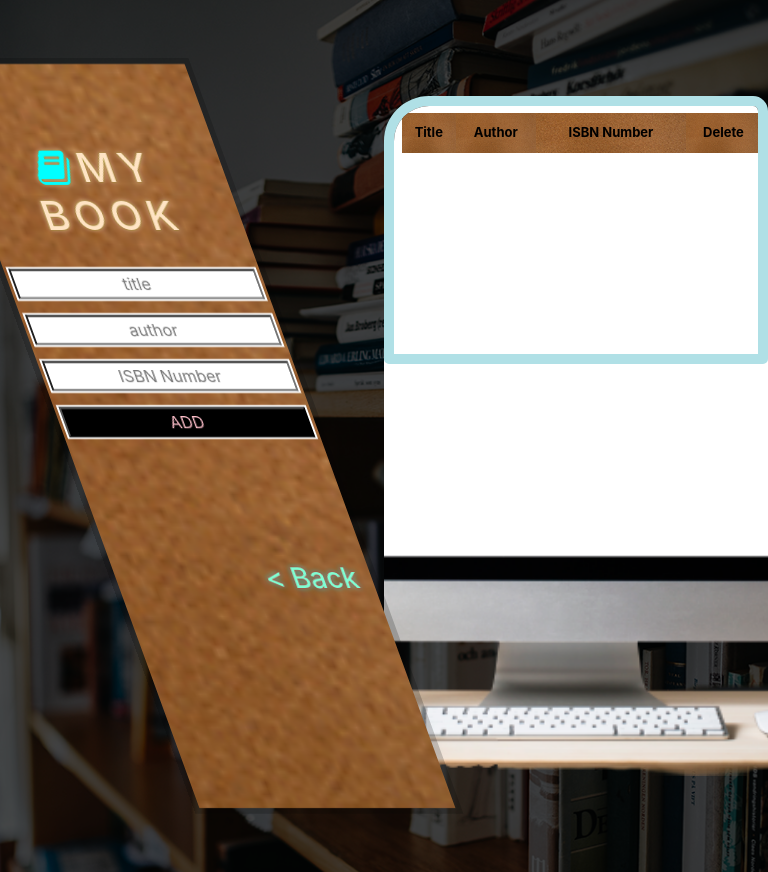
Repository: CSituma/Home-Library-App
Page: libu.html
An editor plug-in stored every save of this project. The page is shown before and after the next save, followed by the edit.
The browser window is 768 px wide. The pictures show the whole page.
Backgrounds fixed to the window are drawn as part of the page. Some web libraries are served in a nearby version.

Above is the page before, as saved 2020-11-10 21:13:06.

### libu.html
<!DOCTYPE html>
<html lang="en">
<head>
    <meta charset="UTF-8">
    <meta name="viewport" content="width=device-width, initial-scale=1.0">
    <meta http-equiv="X-UA-Compatible" content="ie=edge">
    <link rel="stylesheet" href="style.css">
    <link rel="stylesheet" href="https://cdnjs.cloudflare.com/ajax/libs/font-awesome/4.7.0/css/font-awesome.min.css"/>
<link rel="stylesheet" href="https://stackpath.bootstrapcdn.com/bootstrap/4.5.0/css/bootstrap.min.css" integrity="sha384-9aIt2nRpC12Uk9gS9baDl411NQApFmC26EwAOH8WgZl5MYYxFfc+NcPb1dKGj7Sk" crossorigin="anonymous"/>
<link rel="stylesheet" href="https://cdnjs.cloudflare.com/ajax/libs/animate.css/4.0.0/animate.min.css"/>
  <title>BOOK TRACKER</title>
</head>
<body>
    <div class="columns">
        <div class="js">

            <h1><i class="fa fa-book"></i>MY BOOK</h1>
            <form id="form">
                <input type= "text" id= "title"  placeholder="title">
                <input type= "text" id= "author" placeholder="author" >
                <input type= "text" id= "number" placeholder="ISBN Number">
                <input type= "submit"id= "button" value="ADD">
            </form>
        <h3> <a href= "./index.html"> < Back </a></h3>
        </div>
        <div class="storage" >
              <div class="storage_items">
        <table id="table">
            <thead>
                <tr>
                <th id="title">Title</th>
                <th>Author</th>
                <th>ISBN Number</th>
                <th>Delete</th>
                </tr>
                </thead>
                <tbody class="Booklist" id="booklist">
                </tbody>
            </table>
            </div>
        </div>
</div>
    <script src="lib.js"></script>
 </body>
 </html>

### style.css
/*homepage//////////////*/
body,
html {
  max-width: 100%;
  margin: 0;
  padding: 0;
  max-height: 100%;
  background: url("./images/sandra-seitamaa-qkIWnKtGhg4-unsplash.jpg")
    center/cover no-repeat fixed;
}

.container {
  margin: 10em 20em 20em 20em;
  height: 400px;
  width: 40%;
  background-color: rgba(146, 116, 15, 0.445);
  text-align: center;
}

.lol {
  padding-top: 5em;
  font-weight: 800;
  font-style: italic;
}
span {
  color: yellow;
  font-weight: 400;
}
#lolone {
  color: ghostwhite;
}

h3 {
  padding-top: 4em;
  float: right;
  margin-right: 0.5em;
  font-weight: 900;
  font-size: 2rem;
  text-shadow: 0 0 3px #FF0000, 0 0 5px aqua;
}

h3 a {
  text-decoration: none;
 color: aquamarine;

}

h3 a:hover {
  text-decoration: none;
  color: burlywood;
}

#you {
  padding: 1rem;
  color: gold;
}

/*library////////////////*/
.columns {
  display: flex;
  justify-content: space-between;
  max-width: 100%;
  max-height: 100%;
  background: rgba(0, 0, 0, 0.692) fixed;

}
h1{
  letter-spacing: 6px;
  text-shadow: 0 0 3px olive, 0 0 5px pink;
  padding-top:2em;
  margin: 0;
  color: bisque;

}
table {
  background: black;
  width: 100%;
  margin:0.5em;
  margin-left:0.2em;
  text-align: center;
  color:white;

}


td{
  margin: 2em;
}
tr{
  border-left: white 5px solid;
  height: 40px;
}
th {
  color: black;
  background:url('./images/josephine-bredehoft-KsAo8ouBn8A-unsplash.jpg') center/cover no-repeat;
  outline: none;
}
tbody tr:nth-child(odd){
  background:white;
 color: olive;
}
tbody tr:nth-child(odd):hover {
  box-shadow: 0 0 0 2px white;

}
tbody tr:nth-child(even){
background:black;

}
tbody tr:nth-child(even):hover{
  box-shadow: 0 0 0 2px gray;
}

 .fa {
   color:aqua;
 }
 .fa:hover{
   font-size:1.3em;
 }
form {
  padding: 0.3em;
  margin-top: 1em;
}

form input {
  width: 100%;
  margin: 0.5em 0;
  -webkit-box-shadow: 0 0 0 2px white;
  box-shadow: 0 0 0 2px white;
}

:placeholder-shown {
  text-align: center;
}

#button {
  color: pink;
  background-color: black;
}

/*/////////////////////////////////*/
.storage_items {

  background-color: white;
  width:100%;
  max-height: 70%;
  margin-left: 8em;
  margin-top: 5em;
  margin-bottom: 2em;
  border: rgb(0, 0, 0) 5px solid;
  border-style: groove;
  padding-bottom: 15em;
  overflow: scroll;
  scroll-behavior: smooth;
  scrollbar-width: 2px;
}
.storage {
  background:url("./images/1463-removebg-preview.png") center/cover no-repeat;
  width: 60%;
  height: 85vh;
  margin: 6em 3em 6em 0;
  border-radius: 3px;

}
.js {
  -webkit-box-shadow: 0 0 0 6px rgba(0, 0, 0, 0.191);
  box-shadow: 0 0 0 6px rgba(0, 0, 0, 0.191);
  text-align: center;
  width: 40%;
  margin: 6em 0em 6em 3em;
  background: url("./images/josephine-bredehoft-KsAo8ouBn8A-unsplash.jpg")
    center/cover no-repeat;
}

@media screen and (max-width:1000px) {
  .storage{
    margin-right: 0;

    background: url("./images/719-removebg-preview.png") center/cover no-repeat;
  }
  .storage_items{
    margin:0;
    font-size: 13px;
   border: 10px solid black;
   border-radius: 45px;
   border-bottom-right-radius:5px;
   border-bottom-left-radius:5px;
   border-top-right-radius:15px;

   padding:0;
   padding-bottom: 15em;

}

.js{
  margin: 0;}


}

@media screen and (min-width:1000px) {

 .storage_items{
  max-height: 60%;
    background-color: white;
    width: 400px;
    height: 50%;
    margin-left: 10em;
    margin-top: 5.5em;

  }


 }

 @media screen and (max-width:800px)
 {
  .storage{
    margin-right: 0;

    background: url("./images/719-removebg-preview.png") center/cover no-repeat;
  }
  .storage_items{
    margin:0;
    font-size: 13px;
   border: 10px solid powderblue;
   border-radius: 45px;
   border-bottom-right-radius:5px;
   border-bottom-left-radius:5px;
   border-top-right-radius:15px;

   padding:0;
   padding-bottom: 15em;

}

.js{
  transform: skew(20deg);
  margin:4em;}

 }

### lib.js
// Book Class: Represents a Book
class Book {
  constructor(title, author, isbn) {
    this.title = title;
    this.author = author;
    this.isbn = isbn;
  }
}

// UI Class: Handle UI Tasks
class UI {
//display Books.//
static displayBooks () {
 const books = Store.getBooks();
 books.forEach(((book) =>
  UI.addBookToList(book)));
}


//addbooks
static addBookToList(book) {

const bookList = document.querySelector('#booklist');
const row = document.createElement('tr');

row.innerHTML= `<td>${book.title} </td>
               <td>${book.author}</td>
               <td>${book.isbn}</td>
              <td><i class="fa fa-trash-o"></i></td>`;

bookList.appendChild(row);

}


//deletebooks
static deleteBook(el){
 if(el.classList.contains('fa')){
   el.parentElement.parentElement.remove();
  }}

////show alert msg
static showAlert(message, className){
const div = document. createElement('div');
div.className = `alert alert-${className}`;
div.appendChild(document.createTextNode(message));
const button = document.getElementById('button');
const form = document.getElementById('form');


form.insertBefore(div, button);


//message vanishing//

setTimeout(() => {
  document.querySelector('.alert').remove();
}, 3000);

}

//clear fields//

static clearFields() {
  document.querySelector('#title').value = '';
  document.querySelector('#author').value = '';
  document.querySelector('#number').value = '';
}

}

///Events:
/* 1. Display Books */

document.addEventListener('DOMContentLoaded', UI.displayBooks);

/* 2. Add Books*/
document.querySelector("#form").addEventListener('submit',(e) =>
{
e.preventDefault();
///get form values//
const title = document.querySelector('#title').value;
const author = document.querySelector('#author').value;
const isbn = document.querySelector('#number').value;

  // Validate
 if(title ===''|| author===''|| isbn===''){
   UI.showAlert('Please fill in the Form', 'danger')
 }
else{
  //instantiate Book
  const book = new Book(title,author,isbn);

//////Adding
UI.addBookToList(book);

Store.addBook(book);

///Show Sucess Message
UI.showAlert('Added', 'success');
//Clearfields
UI.clearFields();


 }
}
);


/////3. Remove BOOK////
document.querySelector('#booklist').addEventListener('click', (e)=>{
e.preventDefault();
//deleting from UI

UI.deleteBook(e.target);
///deleting from Store
Store.removeBook(e.target.parentElement.previousElementSibling.textContent);
//Message
UI.showAlert('Book Deleted', 'danger');

}
);

///localStorage
class Store{
  static getBooks(){
    let books;
   if (localStorage.getItem('books') === null){
     books = [];
   }
   else {
     books = JSON.parse(localStorage.getItem('books'));
   }
   return books;
  }

  static addBook(book){
    const books= Store.getBooks();
    books.push(book);
   localStorage.setItem('books',JSON.stringify(books));
  }
  static removeBook(isbn) {
    const books = Store.getBooks();

    books.forEach((book, index) => {
      if(book.isbn === isbn) {
        books.splice(index, 1);
      }
    });
    localStorage.setItem('books', JSON.stringify(books));
  }
}

After the next save:
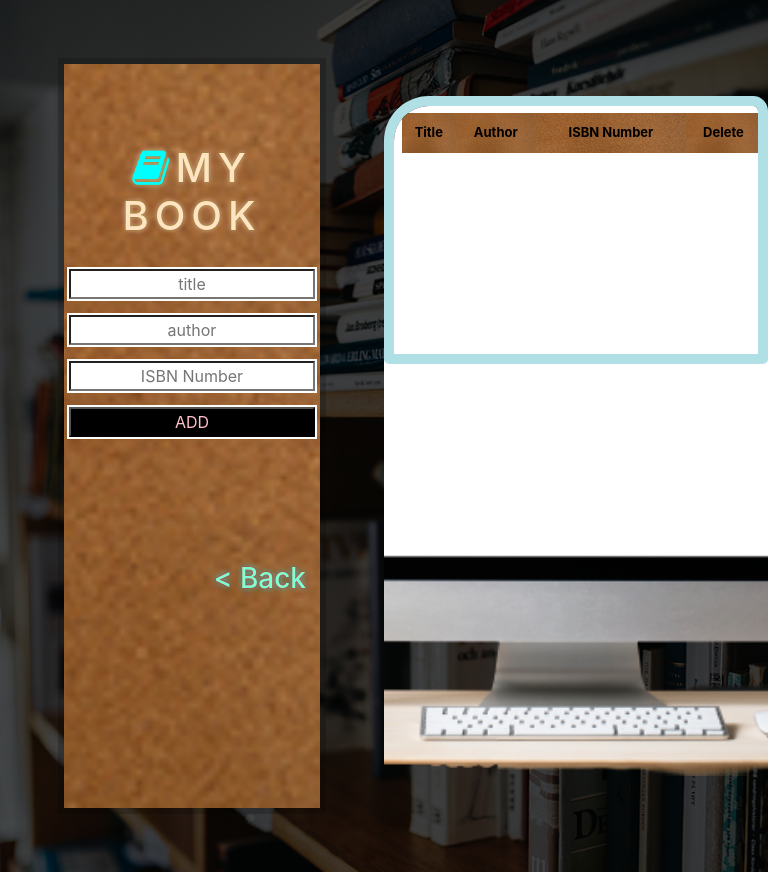
Saved 20 s later.
--- a/style.css
+++ b/style.css
@@ -235,7 +235,7 @@ form input {
 }
 
 .js{
-  transform: skew(20deg);
+  transform: skew(180deg);
   margin:4em;}
 
  }
